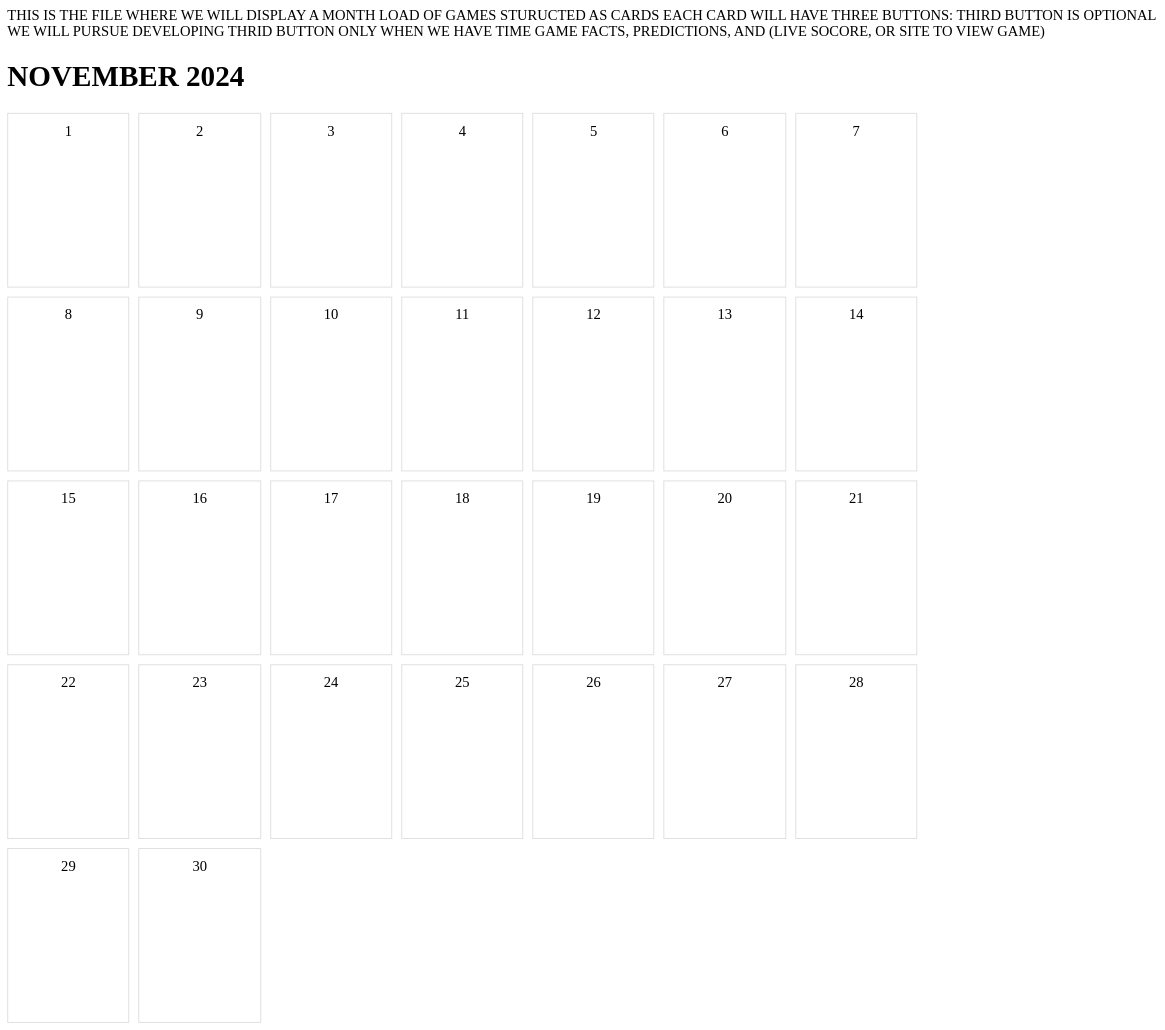
Repository: bredernd/Sports-Analytics
Page: http://localhost/CPS298_Nba/calendar
The author's editor kept a copy of each file at every save. The page is drawn from the files as they stood at one save, then again after the next save.
The browser window is 1280 px wide. The pictures show the whole page, at 91% of full size.
The page is served by Tomcat 9.

Above is the page before, as saved 2024-11-06 18:47:29.

After the next save:
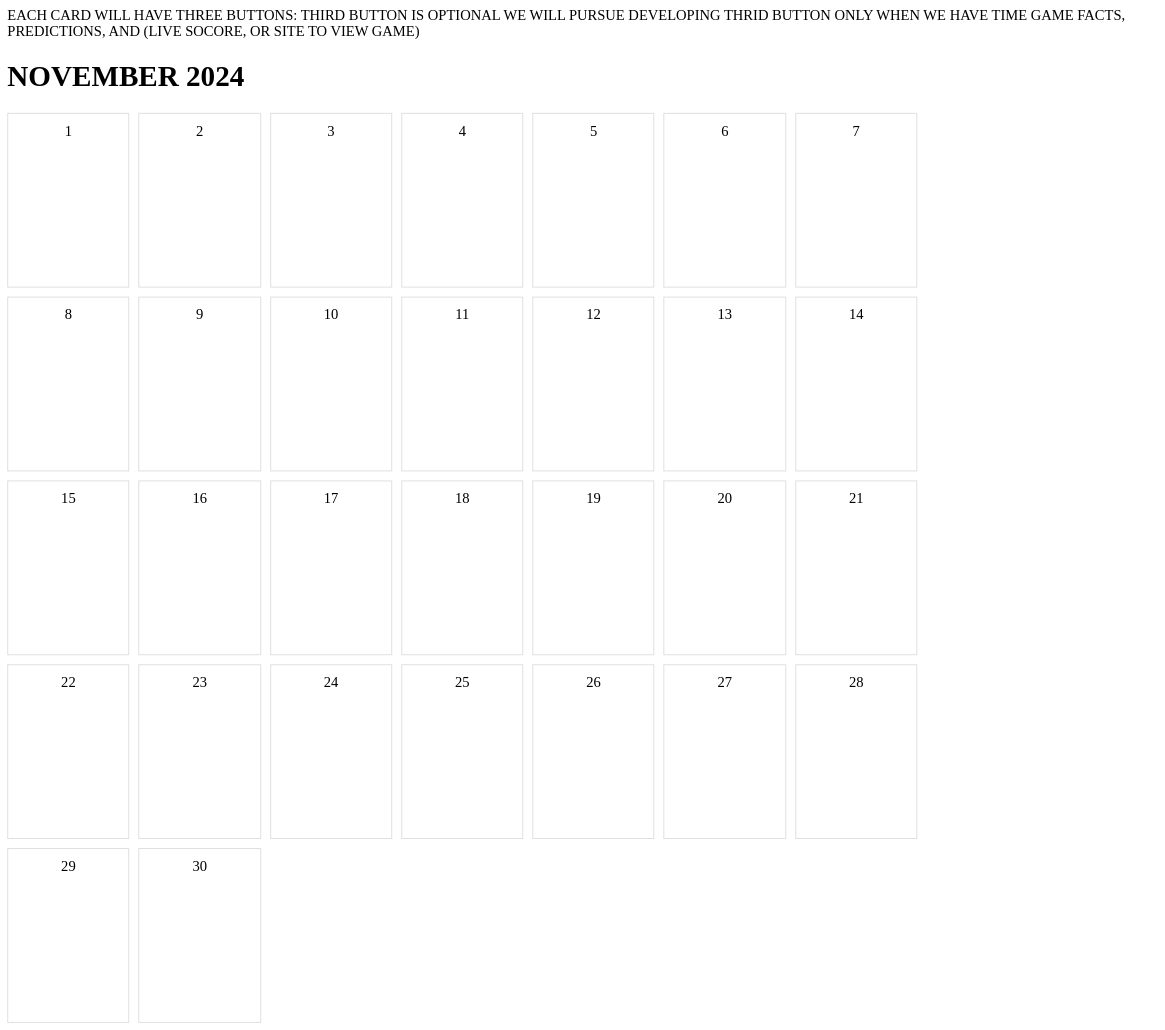
Saved 2 min 8 s later.
--- a/NBAProj/CPS298_Nba/src/main/webapp/WEB-INF/Views/calendar.jsp
+++ b/NBAProj/CPS298_Nba/src/main/webapp/WEB-INF/Views/calendar.jsp
@@ -31,8 +31,6 @@
 <body>
 
 
-THIS IS THE FILE WHERE WE WILL DISPLAY
-A MONTH LOAD OF GAMES STURUCTED AS CARDS
 EACH CARD WILL HAVE THREE BUTTONS: THIRD BUTTON IS OPTIONAL
 WE WILL PURSUE DEVELOPING THRID BUTTON ONLY WHEN WE HAVE TIME
 GAME FACTS, PREDICTIONS, AND (LIVE SOCORE, OR SITE TO VIEW GAME)
